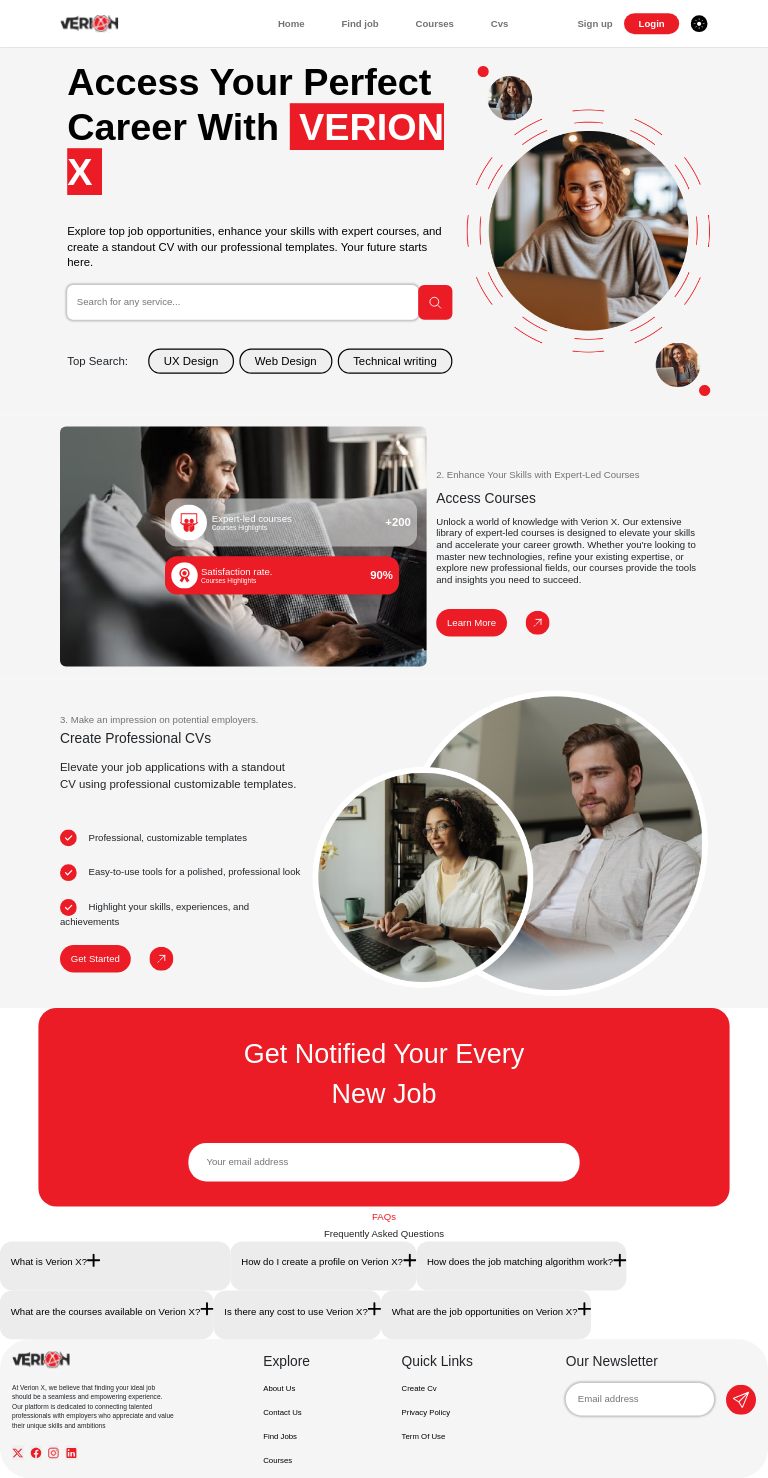
Repository: SahMenz/verionX
Page: /
An editor plug-in stored every save of this project. The page is shown before and after the next save, followed by the edit.
The browser window is 1280 px wide. The pictures show the whole page, at 60% of full size.
The project was rebuilt for these pictures with package versions that can differ from the ones it lists, and the page was loaded fresh each time. Also part of the build but not shown: vite.config.js.

Above is the page before, as saved 2024-06-16 18:09:58.

After the next save:
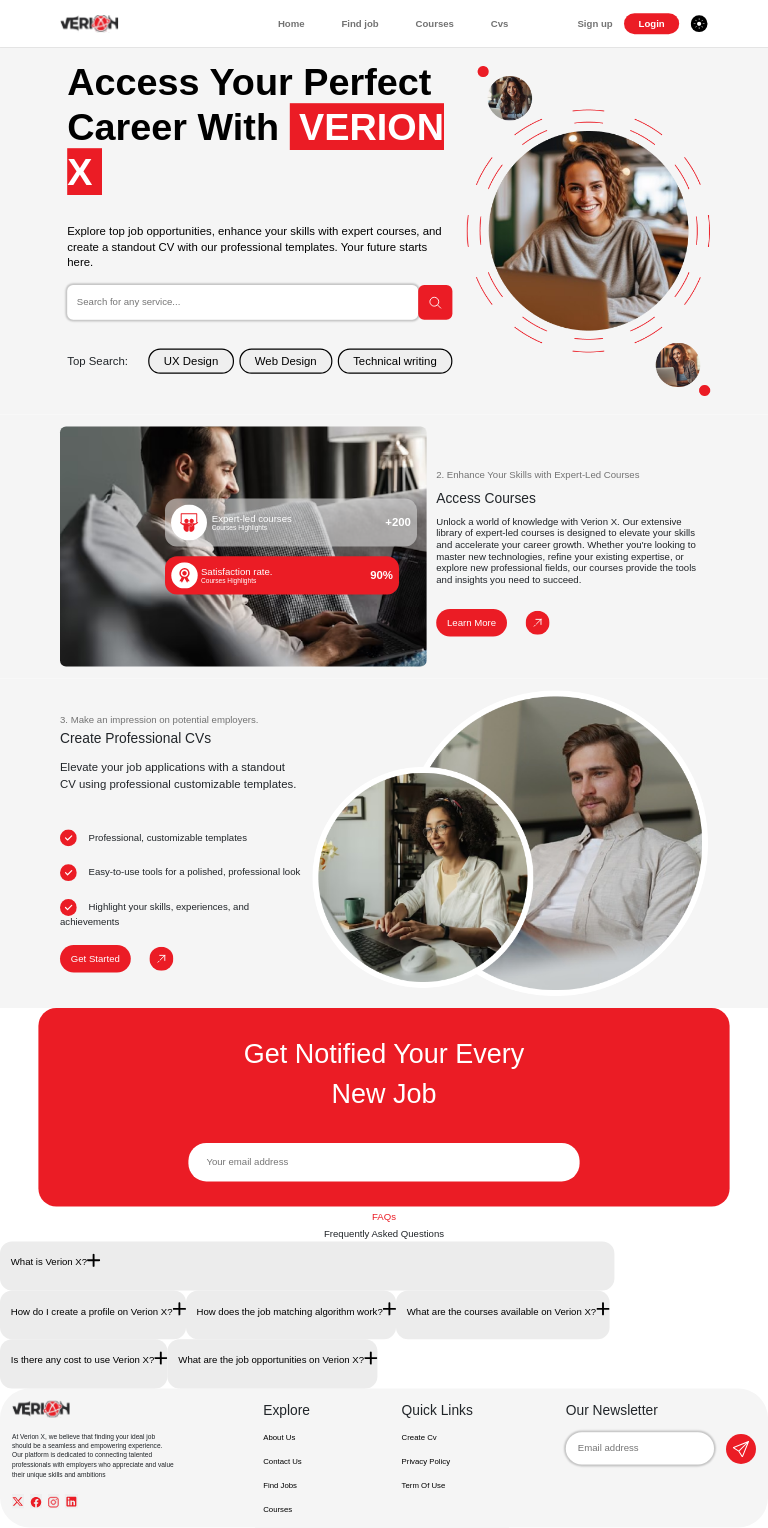
Saved 11 s later.
--- a/src/components/home/getNotified/getNotified.jsx
+++ b/src/components/home/getNotified/getNotified.jsx
@@ -12,7 +12,7 @@
             <div className='text-center txt-eb fw-500 lh-34'>FAQs</div>
             <div className='text-center fw-500 lh-64'>Frequently Asked Questions</div>
             <div className='d-flex flex-wrap'>
-                <button className='bg-ec d-flex' style={{borderRadius:"20px", padding:"18px 0px 29px 18px", width:"30vw"}}><div className='fw-400 textAdjust lh-34'>What is Verion X?</div> <div><CustomSvg name="plus" /></div></button>
+                <button className='bg-ec d-flex' style={{borderRadius:"20px", padding:"18px 0px 29px 18px", width:"80vw"}}><div className='fw-400 textAdjust lh-34'>What is Verion X?</div> <div><CustomSvg name="plus" /></div></button>
                 <button className='bg-ec d-flex' style={{borderRadius:"20px", padding:"18px 0px 29px 18px"}}><div className='fw-400 textAdjust lh-34'>How do I create a profile on Verion X?</div> <div><CustomSvg name="plus" /></div></button>
                 <button className='bg-ec d-flex' style={{borderRadius:"20px", padding:"18px 0px 29px 18px"}}><div className='fw-400 textAdjust lh-34'>How does the job matching algorithm work?</div> <div><CustomSvg name="plus" /></div></button>
                 <button className='bg-ec d-flex' style={{borderRadius:"20px", padding:"18px 0px 29px 18px"}}><div className='fw-400 textAdjust lh-34'>What are the courses available on Verion X?</div> <div><CustomSvg name="plus" /></div></button>
